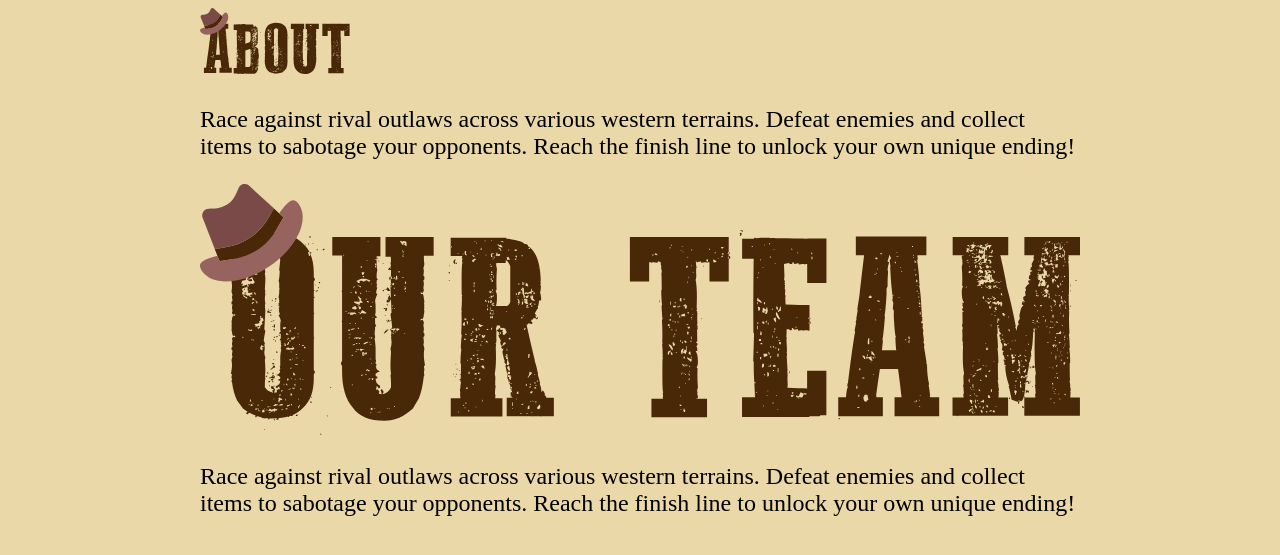
Repository: AlyssaHug/Bandit-Breakout
Page: index.html
These files come from the project's save history. The page is drawn as it stood at one moment and after the next save; the edit follows.
The browser window is 1280 px wide. The pictures show the whole page.
Some web fonts or font styles are not loaded; a fallback is used.

Above is the page before, as saved 2025-05-06 12:17:18.

### index.html
<!DOCTYPE html>
<html lang="en">
    <head>
        <meta charset="UTF-8" />
        <meta
            name="viewport"
            content="width=device-width, initial-scale=1.0" />
        <link
            rel="stylesheet"
            href="styles.css" />
        <title>Bandit Breakout</title>
    </head>
    <body>
        <header></header>
        <main>
            <div class="about_section">
                <img class="about_section-heading" src="img/about.svg" alt="about">
                <p class="about_section-text">
                    Race against rival outlaws across various western terrains. Defeat enemies and collect items to sabotage your opponents. Reach the finish line to unlock your own unique ending!
                </p>
            </div>
            <div class="team_section">
                <img class="team-heading" src="img/ourteam.svg" alt="team">
                <p class="about_section-text">
                    Race against rival outlaws across various western terrains. Defeat enemies and collect items to sabotage your opponents. Reach the finish line to unlock your own unique ending!
                </p>
            </div>
        </main>
        <footer></footer>
    </body>
</html>

### styles.css
@import url("https://fonts.googleapis.com/css2?family=Wellfleet&display=swap");

@font-face {
    font-family: "Western Bang Bang";
    src: url("fonts/WesternBangBang.ttf") format("truetype");
    font-weight: normal;
    font-style: normal;
}

:root {
    /* Font Families */
    --font-western: "Western Bang Bang", sans-serif;
    --font-wellfleet: "Wellfleet", serif;

    /* Font Sizes */
    --font-size-h1: 48px;
    --font-size-h2: 36px;
    --font-size-h3: 32px;
    --font-size-h4: 24px;
    --font-size-body: 14px;
    --font-size-caption: 11px;
}

html {
    width: 70%;
    margin: 0 auto;
    background-color: #EAD8A9;
}
.about_section-heading {
    width: 150px;
}
.about_section-text {
    font-size: var(--font-size-h4);
    font-family: var(--font-wellfleet);
}

.team_section-heading {
  width: 150px;
}

After the next save:
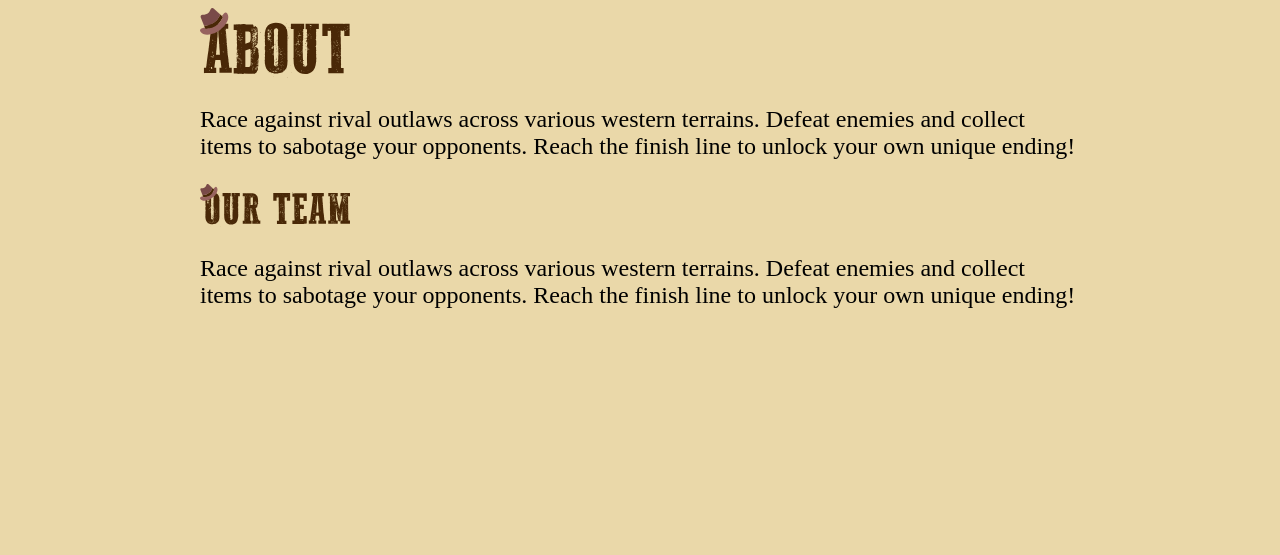
Saved 14 s later.
--- a/index.html
+++ b/index.html
@@ -20,7 +20,7 @@
                 </p>
             </div>
             <div class="team_section">
-                <img class="team-heading" src="img/ourteam.svg" alt="team">
+                <img class="team_section-heading" src="img/ourteam.svg" alt="team">
                 <p class="about_section-text">
                     Race against rival outlaws across various western terrains. Defeat enemies and collect items to sabotage your opponents. Reach the finish line to unlock your own unique ending!
                 </p>
